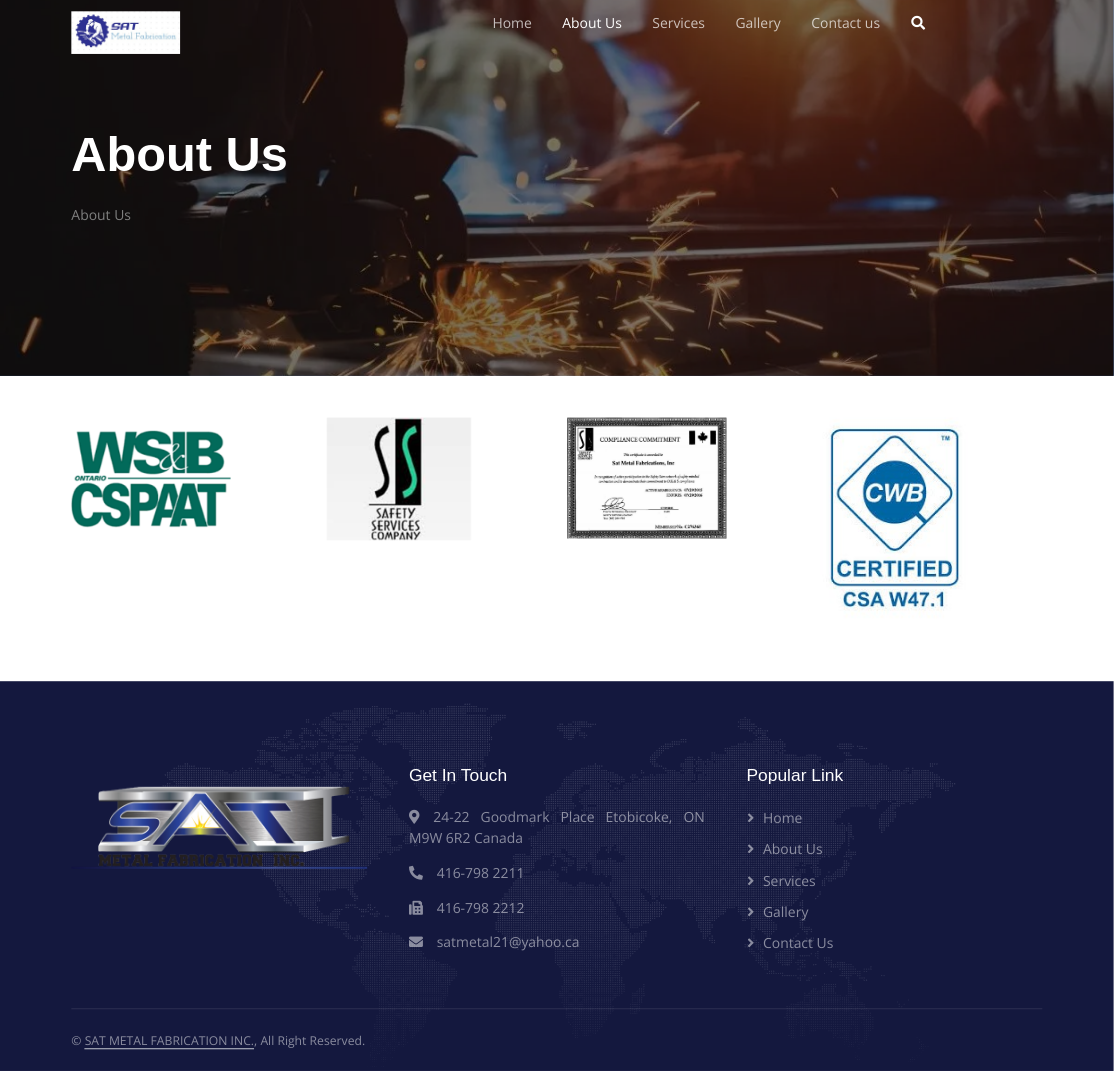
Repository: dzyte-services/satmetal
Page: http://localhost/about.php
An editor plug-in stored every save of this project. The page is shown before and after the next save, followed by the edit.
The browser window is 1280 px wide. The pictures show the whole page, at 87% of full size.
Some web fonts or font styles are not loaded; a fallback is used. Some web libraries are served in a nearby version. The page is run by PHP 8.4 with error messages shown; the project is at /var/www/html/.

Above is the page before, as saved 2023-11-08 17:43:07.

After the next save:
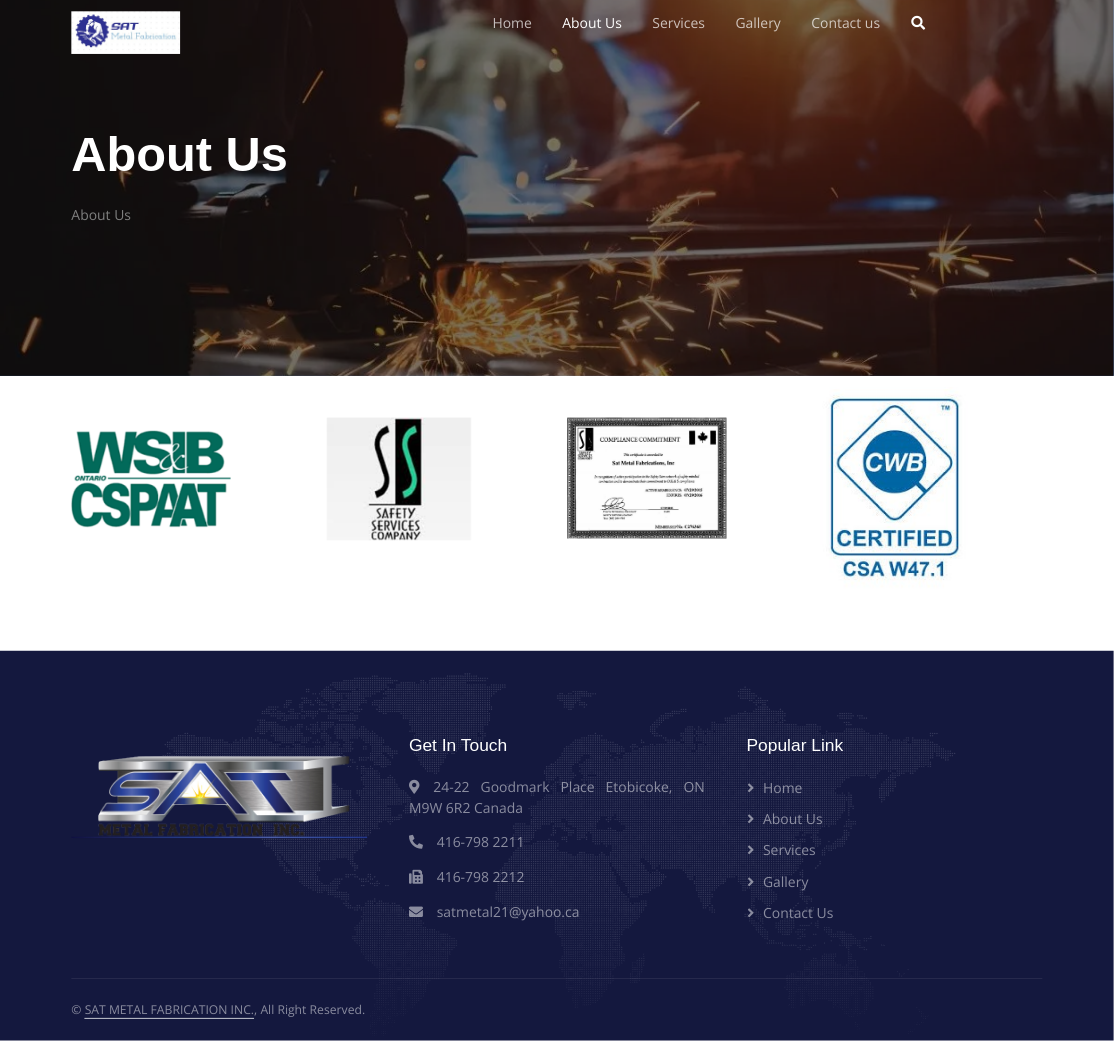
Saved 6 s later.
--- a/about.php
+++ b/about.php
@@ -109,7 +109,7 @@
 
     <div class="col-lg-3 col-md-4 col-sm-6 mb-4">
         <div class="bg-image hover-overlay ripple shadow-1-strong rounded" data-ripple-color="light">
-            <img src="img/img4.jpeg" class="" style="width: 70%;" />
+            <img src="img/img4.jpeg" class="" style="width: 70%; margin-top: -35px;" />
             <a href="#!" data-mdb-toggle="modal" data-mdb-target="#exampleModal2">
                 <div class="mask" style="background-color: rgba(251, 251, 251, 0.2);"></div>
             </a>
